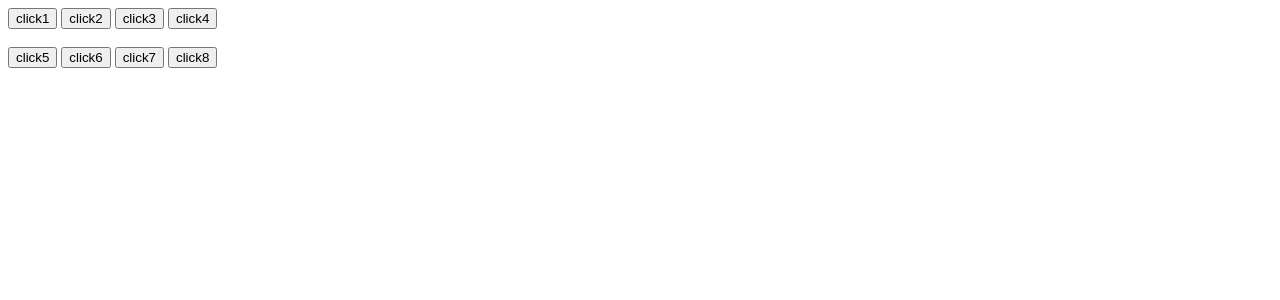
Repository: yhj4130/JsonStudy
Page: JsonApp01/WebContent/JsonTest08.html
The author's editor kept a copy of each file at every save. The page is drawn from the files as they stood at one save, then again after the next save.
The browser window is 1280 px wide. The pictures show the whole page.

Above is the page before, as saved 2019-05-31 06:31:02.

After the next save:
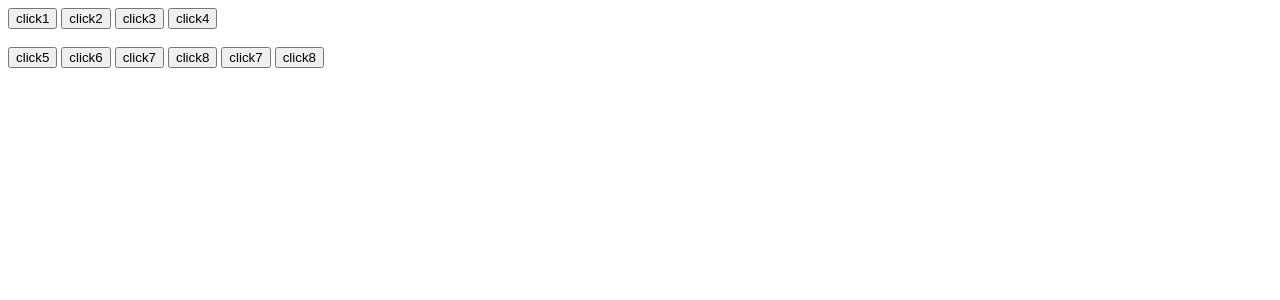
Saved 36 s later.
--- a/JsonApp01/WebContent/JsonTest08.html
+++ b/JsonApp01/WebContent/JsonTest08.html
@@ -29,4 +29,9 @@
 	<input type="button" value="click8" onclick="obj4.test=123; alert(typeof obj4.test);">
 	<!--  -->
 
+	<input type="button" value="click7" onclick="obj4.test='123'; alert(obj4.test);">
+	<!--  -->
+	<input type="button" value="click8" onclick="obj4.test='123'; alert(typeof obj4.test);">
+	<!--  -->
+
 </form>
